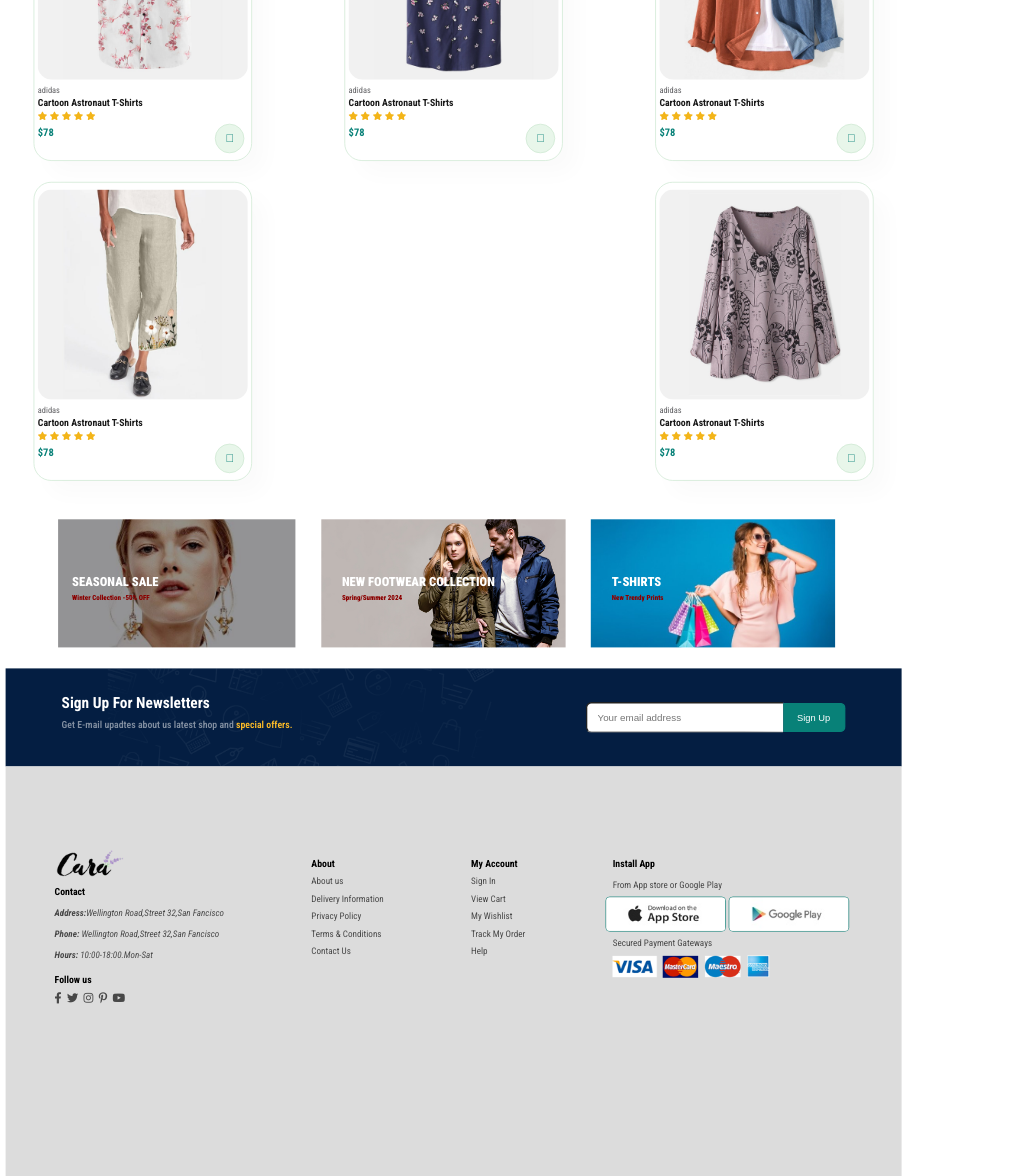
Repository: nhutduy-1905/web_coban
Page: src/index/index.html
These files come from the project's save history. The page is drawn as it stood at one moment and after the next save; the edit follows.
The browser window is 1280 px wide. The page is 1448 px wide, so the pictures cover 1448 px, including what lies to the right of the window. The pictures show the part of the page from y = 2067 to 3747 px (the page is 3771 px tall), at 70% of full size.

Above is the page before, as saved 2024-11-19 21:40:17.

### src/index/index.html
<!DOCTYPE html>
<html lang="en">
<!-- Khai báo định dạng tài liệu HTML và ngôn ngữ là tiếng Anh -->

<head>
    <meta charset="UTF-8">
    <!-- Thiết lập bộ ký tự của trang là UTF-8 -->
    <meta name="viewport" content="width=device-width, initial-scale=1.0">
    <!-- Điều chỉnh để trang hiển thị tốt trên mọi thiết bị, đặc biệt là thiết bị di động -->
    <link rel="stylesheet" href="../benefit/benefit.css">
    <link rel="stylesheet" href="../index/main.css">
    <link rel="stylesheet" href="../product/product.css">
    <link rel="stylesheet" href="../product/item.css">
    <link rel="preconnect" href="https://fonts.googleapis.com">
    <link rel="preconnect" href="https://fonts.gstatic.com" crossorigin>
     <!-- link sao -->
    <link rel="preconnect" href="https://fonts.googleapis.com">
<link rel="preconnect" href="https://fonts.gstatic.com" crossorigin>
<link href="https://fonts.googleapis.com/css2?family=Roboto+Condensed:ital,wght@0,100..900;1,100..900&family=Roboto:ital,wght@0,100;0,300;0,400;0,500;0,700;0,900;1,100;1,300;1,400;1,500;1,700;1,900&display=swap" rel="stylesheet">
     <link rel="stylesheet" href="product.css">
     <!-- link giỏ hàng -->
     <link rel="stylesheet" href="https://pro.fontawesome.com/releases/v5.15.4/css/all.css">
    <title>Super Value Deals</title>
    <!-- Tiêu đề của trang web hiển thị trên tab của trình duyệt -->
</head>

<body>

    <section id="header">
        <a href="#"><img src="../../images/logo.png" class="logo" alt="Logo"></a>
        <div>
            <div id="nvbar">
                <div class="active">Home</div>
                <div>Shop</div>
                <div>Blog</div>
                <div>About</div>
                <div>Contact</div>
                <div>
                    <img src = "../../shopping-bag.png" alt = "Logo" style="width: 25px";>
                </div>
            </div>
        </div>
    </section>
    <Section id ="hero">
        <h4>Trade-in-offer</h4>
        <h2>Super value deals</h2>
        <h1>On all Products</h1>
        <p>save more with coupons & up to 70% off!</p>
        <button>Shop now</button>
    </Section>


    <section id ="featured">
        <div class = "fe-box">
            <img  class = "magic-1"src = "../../images/features/f1.png" alt ="">
            <h6>Free shipping</h6>
        </div>
        <div class = "fe-box">
            <img src = "../../images/features/f2.png" alt ="">
            <h6>online order</h6>
        </div>
        <div class = "fe-box">
            <img src = "../../images/features/f3.png" alt ="">
            <h6>save money</h6>
        </div>
        <div class = "fe-box">
            <img src = "../../images/features/f4.png" alt ="">
            <h6>promotions</h6>
        </div>
        <div class = "fe-box">
            <img src = "../../images/features/f5.png" alt ="">
            <h6>happy sell</h6>
        </div>
        <div class = "fe-box">
            <img  class = "magic-2" src = "../../images/features/f6.png" alt ="">
            <h6>24/7 support</h6>
        </div>
    </section>

    <section id ="product1" class = "section-p1">
        <h2>Featured Products</h2>
        <p>Summer Collection New Morden Design</p>
        <div class ="pro-container">
            <div class ="pro">
                <img src ="../../images/products/f1.jpg" alt ="">
                <div class ="des">
                    <span>adidas</span>
                    <h5> Cartoon Astronaut T-Shirts</h5>
                    <div class ="star">
                        <i class="fas fa-star"></i>
                        <i class="fas fa-star"></i>
                        <i class="fas fa-star"></i>
                        <i class="fas fa-star"></i>
                        <i class="fas fa-star"></i>
                    </div>
                    <h4>$78</h4>
                </div>
                   <a href ="#"><i class="fal fa-shopping-cart cart"></i></a>
            </div>
            <div class ="pro">
                <img src ="../../images/products/f2.jpg" alt ="">
                <div class ="des">
                    <span>adidas</span>
                    <h5> Cartoon Astronaut T-Shirts</h5>
                    <div class ="star">
                        <i class="fas fa-star"></i>
                        <i class="fas fa-star"></i>
                        <i class="fas fa-star"></i>
                        <i class="fas fa-star"></i>
                        <i class="fas fa-star"></i>
                    </div>
                    <h4>$78</h4>
                </div>
                   <a href ="#"><i class="fal fa-shopping-cart cart"></i></a>
            </div>
            <div class ="pro">
                <img src ="../../images/products/f3.jpg" alt ="">
                <div class ="des">
                    <span>adidas</span>
                    <h5> Cartoon Astronaut T-Shirts</h5>
                    <div class ="star">
                        <i class="fas fa-star"></i>
                        <i class="fas fa-star"></i>
                        <i class="fas fa-star"></i>
                        <i class="fas fa-star"></i>
                        <i class="fas fa-star"></i>
                    </div>
                    <h4>$78</h4>
                </div>
                   <a href ="#"><i class="fal fa-shopping-cart cart"></i></a>
            </div>
            <div class ="pro">
                <img src ="../../images/products/f4.jpg" alt ="">
                <div class ="des">
                    <span>adidas</span>
                    <h5> Cartoon Astronaut T-Shirts</h5>
                    <div class ="star">
                        <i class="fas fa-star"></i>
                        <i class="fas fa-star"></i>
                        <i class="fas fa-star"></i>
                        <i class="fas fa-star"></i>
                        <i class="fas fa-star"></i>
                    </div>
                    <h4>$78</h4>
                </div>
                   <a href ="#"><i class="fal fa-shopping-cart cart"></i></a>
            </div>
            <div class ="pro">
                <img src ="../../images/products/f5.jpg" alt ="">
                <div class ="des">
                    <span>adidas</span>
                    <h5> Cartoon Astronaut T-Shirts</h5>
                    <div class ="star">
                        <i class="fas fa-star"></i>
                        <i class="fas fa-star"></i>
                        <i class="fas fa-star"></i>
                        <i class="fas fa-star"></i>
                        <i class="fas fa-star"></i>
                    </div>
                    <h4>$78</h4>
                </div>
                   <a href ="#"><i class="fal fa-shopping-cart cart"></i></a>
            </div>
            <div class ="pro">
                <img src ="../../images/products/f6.jpg" alt ="">
                <div class ="des">
                    <span>adidas</span>
                    <h5> Cartoon Astronaut T-Shirts</h5>
                    <div class ="star">
                        <i class="fas fa-star"></i>
                        <i class="fas fa-star"></i>
                        <i class="fas fa-star"></i>
                        <i class="fas fa-star"></i>
                        <i class="fas fa-star"></i>
                    </div>
                    <h4>$78</h4>
                </div>
                   <a href ="#"><i class="fal fa-shopping-cart cart"></i></a>
            </div>
            <div class ="pro">
                <img src ="../../images/products/f7.jpg" alt ="">
                <div class ="des">
                    <span>adidas</span>
                    <h5> Cartoon Astronaut T-Shirts</h5>
                    <div class ="star">
                        <i class="fas fa-star"></i>
                        <i class="fas fa-star"></i>
                        <i class="fas fa-star"></i>
                        <i class="fas fa-star"></i>
                        <i class="fas fa-star"></i>
                    </div>
                    <h4>$78</h4>
                </div>
                   <a href ="#"><i class="fal fa-shopping-cart cart"></i></a>
            </div>
            <div class ="pro">
                <img src ="../../images/products/f8.jpg" alt ="">
                <div class ="des">
                    <span>adidas</span>
                    <h5> Cartoon Astronaut T-Shirts</h5>
                    <div class ="star">
                        <i class="fas fa-star"></i>
                        <i class="fas fa-star"></i>
                        <i class="fas fa-star"></i>
                        <i class="fas fa-star"></i>
                        <i class="fas fa-star"></i>
                    </div>
                    <h4>$78</h4>
                </div>
                   <a href ="#"><i class="fal fa-shopping-cart cart"></i></a>
            </div>
        </div>

    </section>

    <section id = "banner3">
        <div class = "banner-box">
            <h2>SEASONAL SALE </h2>
            <h3>Winter Collection -50% OFF</h3>
        </div>
        <div class = "banner-box banner-box2">
            <h2>NEW FOOTWEAR COLLECTION </h2>
            <h3>Spring/Summer 2024</h3>
        </div>
        <div class = "banner-box banner-box3">
            <h2>T-SHIRTS</h2>
            <h3>New Trendy Prints</h3>
        </div>
     </section>
     <section id = "newsletter">
        <div class = "newtest">
            <h4>Sign Up For Newsletters</h4>
            <p>Get E-mail upadtes about us latest shop and <span>special offers.</span></p>
        </div>
        <div class = "form">
            <input type= "text" placeholder ="Your email address">
            <button class = "normal">Sign Up</button>
        </div>
     </section>

     <footer class ="section-p1">
        <div class = "col">
            <img  class = "logo" src = "../../images/logo.png" alt ="">
            <h4>Contact</h4>
            <p><strong><i>Address:</strong>Wellington Road,Street 32,San Fancisco</i></p>
            <p><strong><i>Phone: </strong>Wellington Road,Street 32,San Fancisco</i></p>
            <p><strong><i>Hours: </strong>10:00-18:00.Mon-Sat</i></p>
            <div class ="follow us">
                <h4>Follow us</h4>
                <div class = "icon">
                    <i class="fab fa-facebook-f"></i>
                    <i class="fab fa-twitter"></i>
                    <i class="fab fa-instagram"></i>
                    <i class="fab fa-pinterest-p"></i>
                    <i class="fab fa-youtube"></i>
                </div>
            </div>
        </div>

        <div class = "col">
            <h4>About</h4>
            <a href = "#">About us</a>
            <a href = "#">Delivery Information</a>
            <a href = "#">Privacy Policy</a>
            <a href = "#">Terms & Conditions</a>
            <a href = "#">Contact Us</a>
        </div>

        <div class = "col">
            <h4>My Account</h4>
            <a href = "#">Sign In</a>
            <a href = "#">View Cart</a>
            <a href = "#">My Wishlist</a>
            <a href = "#">Track My Order</a>
            <a href = "#">Help</a>
        </div>

        <div class = "col install">
            <h4 class = "col1">Install App</h4>
            <p class = "col2">From App store or Google Play</p>
            <div class ="row">
                <img src = "../../images/pay/app.jpg" alt ="">
                <img src = "../../images/pay/play.jpg" alt = "">
            </div>
            <p>Secured Payment Gateways</p>
            <img src = "../../images/pay/pay.png" alt ="">
        </div>
     </footer>

</body>
</html>

### src/benefit/benefit.css
#featured {
    display: flex;
     /* Tạo container flexbox để sắp xếp các phần tử con */
    align-items: center;
    /* Căn giữa các phần tử con theo chiều dọc (trục y) */
    justify-content: space-between;
    /* Phân phối các phần tử con cách đều nhau theo chiều ngang (trục x) */
    flex-wrap: wrap;
    /* Cho phép các phần tử con xuống dòng khi không đủ không gian */
 }

 #featured .fe-box {
    width: 140px;
    /* Đặt chiều rộng cho mỗi hộp là 120px */
    text-align: center;
    /* Căn giữa nội dung văn bản trong mỗi hộp */
     padding:   10px 15px;
     /* Khoảng đệm bên trong mỗi hộp (15px trên dưới, 10px trái phải) */
    box-shadow: 20px 20px 34px rgba(0, 0, 0, 0.03);
     /* Tạo bóng cho hộp với độ mờ nhẹ */
    border: 1px solid #cce7d0;
    /* Tạo viền màu xanh nhạt cho mỗi hộp */
    border-radius: 5px;
    /* Bo tròn góc của hộp với bán kính 4px */
     margin: 10px;
    /* Tạo khoảng cách ngoài cho mỗi hộp là 15px */
    margin-left:25px;
    margin-top: 40px;
    margin-right: 25px;

 }

 #featured .fe-box:hover {
    box-shadow: 10px 10px 54px rgba(70, 62, 221, 0.1);
    /* Tăng bóng khi di chuột qua hộp */
 }

 #featured .fe-box img {
    width: 100%;
    /* Đặt chiều rộng ảnh bằng 100% của hộp chứa */
    margin-bottom: 10px;
    /* Khoảng cách dưới của ảnh là 10px */
    padding: 5px 5px;
 }

 #featured .fe-box h6 {
   display: inline-block;
     /* Hiển thị tiêu đề h6 dưới dạng khối nội tuyến */
   padding: 9px 8px 6px 8px;
    /* Khoảng đệm bên trong tiêu đề h6 (trên 9px, phải 8px, dưới 6px, trái 8px) */
   line-height: 1;
    /* Chiều cao dòng là 1 */
   border-radius: 4px;
   /* Bo tròn góc của tiêu đề với bán kính 4px */
   color: #088178;
     /* Màu chữ xanh lá cây */
   background-color: #fddde4;
    /* Nền màu hồng nhạt cho tiêu đề */
    margin-top: 0px;

 }

 #featured .fe-box:nth-child(2) h6 {
   background-color: #cdebbc;
   /* Nền màu xanh nhạt cho hộp thứ hai */
 }

 #featured .fe-box:nth-child(3) h6 {
   background-color: #d1e8f2;
    /* Nền màu xanh nhạt cho hộp thứ ba */
 }

 #featured .fe-box:nth-child(4) h6 {
   background-color: #cdd4f8;
   /* Nền màu xanh dương nhạt cho hộp thứ tư */
 }

 #featured .fe-box:nth-child(5) h6 {
   background-color: #f6dbf6;
    /* Nền màu tím nhạt cho hộp thứ năm */
 }

 #featured .fe-box:nth-child(6) h6 {
   background-color: #fff2e5;
   /* Nền màu cam nhạt cho hộp thứ sáu */

 }

### src/index/main.css
h1 {
    font-size: 50px;
    line-height: 64px;
    color: #222;
    margin-bottom: 0;
    margin-top: 0;
}

h2 {
    font-size: 46px;
    line-height: 54px;
    color: #222;
    margin-top: 0;
    margin-bottom: 0;
}

h4 {
    font-size: 30px;
    margin-top: 10px;
    margin-bottom: 10px;
}

h6 {
    font-weight: 700;
    font-size: 12px;
}

p {
    font-size: 16px;

    margin: 15px 0  20px ;
    margin-top: 0px;
}

.section-p1 {
    padding: 40px 40px;
}

.section-m1 {
    margin: 40px 0;
}

body {
    width: 100%;
   font-family: "Roboto Condensed", sans-serif;
}

#header {
    display: flex;
    align-items: center;
    justify-content: space-between;
    padding: 20px 80px;
    background: #E3E6F3;
    box-shadow: 0 5px 15px rgba(0, 0, 0, 0.06);
    z-index: 999;
    position: sticky;
    top: 0;
    left: 0;
}

#nvbar {
    display: flex;
    align-items: center;
    justify-content: center;
}

#nvbar div {
    list-style: none;
    padding: 0 20px;
    text-decoration: none;
    font-size: 16px;
    font-weight: 600;
    color: #1a1a1a;
}

#nvbar div:hover {
    color: #088178;
}

#nvbar .active {
    color: #088178;
}

#nvbar .div .active::after {
    content: "";
    width: 30px;
    height: 2px;
    background-color: #088178;
    position: absolute;
    bottom: -4px;
    left: 20px;
}

#hero {
    background-image: url("../../images/hero4.png");
    height: 90vh;
    width: 100%;
    background-size: cover;
    background-position: top 25% right 0;
    padding: 0 80px;
    display: flex;
    flex-direction: column;
    align-items: flex-start;
    justify-content: center;

}


#hero h1 {
    color: #088178;
    margin-top:-7px;
    font-size: 47px;
}

#hero button {
    background-image: url("../../images/button.png");
    background-color: transparent;
    color: #088178;
    border: 0;
    padding: 14px 80px 14px 65px;
}
#hero h4
{
    color: #1a1a1a;

}

### src/product/item.css
#banner3 {
    display: flex; /* Thiết lập bố cục flexbox cho phần tử này, cho phép sắp xếp con cái linh hoạt */
    justify-content: space-between; /* Căn giữa các phần tử con với khoảng cách đều */
    /* flex-wrap: wrap; Cho phép các phần tử con xuống dòng nếu không đủ không gian */
    padding: 0 75px; /* Thêm khoảng cách bên trong cho phần tử, 0 trên dưới và 75px
     trái phải */

 }

 #banner3 .banner-box {
   display: flex; /* Thiết lập bố cục flexbox cho các hộp banner */
   flex-direction: column; /* Sắp xếp các phần tử con theo chiều dọc */
   justify-content: center; /* Căn giữa các phần tử con theo chiều dọc */
   align-items: flex-start; /* Căn các phần tử con về phía bên trái */
   background-image: url(../../images/banner/b7.jpg); /* Thiết lập hình nền cho hộp banner từ đường dẫn chỉ định */
   min-width: 30%; /* Đặt chiều rộng tối thiểu cho hộp banner */
   height: 24vh; /* Đặt chiều cao cho hộp banner bằng 23% chiều cao của viewport */
   background-size: cover; /* Đảm bảo hình nền bao phủ toàn bộ hộp */
   background-position: center; /* Căn giữa hình nền trong hộp */
   padding-top: 10px;
   padding-bottom: -20px; /* Thêm khoảng cách bên trong cho hộp banner */
   margin-bottom: 30px; /* Thêm khoảng cách dưới mỗi hộp banner */
   margin-right: 20px;

 }

 #banner3 .banner-box2 {
     background-image: url(../../images/banner/b4.jpg);
      /* Thiết lập hình nền cho hộp banner thứ hai */
      padding-left: 10px;
 }

 #banner3 .banner-box3 {
     background-image: url(../../images/banner/b18.jpg);
     padding-left: 10px;/* Thiết lập hình nền cho hộp banner thứ ba */
 }

 #banner3 h2 {
    color: #fff; /* Đặt màu chữ cho tiêu đề h2 là trắng */
    font-weight: 900; /* Thiết lập độ đậm cho chữ tiêu đề */
    font-size: 18px; /* Đặt kích thước chữ cho tiêu đề */
    margin-bottom: -20px;
    margin-right: 20px;
    margin-left: 20px;
    margin-top: -5px;
 }

 #banner3 h3 {
  color:#8B0000; /* Đặt màu chữ cho tiêu đề h3 là một màu đỏ đặc trưng */
  font-weight: 900; /* Thiết lập độ đậm cho chữ tiêu đề h3 */
  font-size: 10px; /* Đặt kích thước chữ cho tiêu đề h3 */
  margin-bottom: 10px;
  margin-right: 25px;
  margin-left: 20px;



 }

 #newsletter {
    height: 140px;
    display:flex; /* Thiết lập bố cục flexbox cho phần tử này */
    justify-content: space-between; /* Căn giữa các phần tử con với khoảng cách đều */
    flex-wrap: wrap; /* Cho phép các phần tử con xuống dòng nếu không đủ không gian */
    align-items: center; /* Căn giữa các phần tử con theo chiều dọc */
    background-image: url("../../images/banner/b14.png"); /* Thiết lập hình nền cho phần newsletter */
    background-repeat: no-repeat; /* Không lặp lại hình nền */
    background-position: 20% 30%; /* Căn hình nền ở vị trí cụ thể */
    background-color: #041e42; /* Đặt màu nền cho phần newsletter */


 }

 .newtest {
     padding: 10px 80px; /* Thêm khoảng cách bên trong cho phần tử mới, 10px trên dưới và 80px trái phải */
     margin: 10px 0px ; /* Thêm khoảng cách bên ngoài cho phần tử mới, 10px trên dưới */

 }

 #newsletter h4 {
    font-size: 22px; /* Đặt kích thước chữ cho tiêu đề h4 */
    font-weight: 700; /* Thiết lập độ đậm cho chữ tiêu đề h4 */
    color: #fff; /* Đặt màu chữ cho tiêu đề h4 là trắng */

    margin-top: 5px;


 }


 #newsletter p {
   font-size: 14px; /* Đặt kích thước chữ cho đoạn văn */
   font-weight: 600; /* Thiết lập độ đậm cho chữ trong đoạn văn */
   color: #818ea0; /* Đặt màu chữ cho đoạn văn */

 }

 #newsletter p span {
    color: #ffbd27; /* Đặt màu chữ cho phần tử span trong đoạn văn */
 }

 #newsletter .form {
     display: flex; /* Thiết lập bố cục flexbox cho phần tử form */
     align-items: center; /* Căn giữa các phần tử con trong form theo chiều dọc */
     margin-right: 80px; /* Thêm khoảng cách bên phải cho toàn bộ khung input và nút */
 }

 #newsletter input {
     height: 40px; /* Đặt chiều cao cho ô input */
     padding: 0 15px; /* Thêm khoảng cách bên trong cho ô input, 0 trên dưới và 15px trái phải */
     font-size: 14px; /* Đặt kích thước chữ cho ô input */
     width: 250px; /* Đặt chiều rộng cho ô input */

     border-right: none; /* Loại bỏ viền bên phải để nối với nút */
     border-radius: 8px 0 0 8px; /* Bo tròn góc trái cho ô input */
     outline: none; /* Loại bỏ viền ngoài khi ô input được chọn */
 }

 #newsletter button {
     height: 42px; /* Đặt chiều cao cho nút */
     padding: 0 20px; /* Thêm khoảng cách bên trong cho nút, 0 trên dưới và 20px trái phải */
     background-color: #088178; /* Đặt màu nền cho nút */
     color: #fff; /* Đặt màu chữ cho nút là trắng */
     border: 2px solid #088178; /* Đặt viền cho nút với màu tương ứng */
     border-left: none; /* Loại bỏ viền bên trái để nối với ô input */
     border-radius: 0 8px 8px 0; /* Bo tròn góc phải cho nút */
     cursor: pointer; /* Hiển thị con trỏ chuột như một nút có thể nhấp */
 }
 footer
 {
     background-color:#DCDCDC;
    display: flex;
    flex-wrap: wrap;
    justify-content: space-between;
 }
footer .col
{
   display: flex;
   flex-direction: column;
   align-items: flex-start;
   margin-bottom: 20%;
   margin-left: 30px;
   margin-top: 80px;
   margin-right: 25px;
}
footer logo
{
   margin-bottom: 25px;
}
footer h4{
    font-size: 14px;
}
footer p
{
   font-size: 13px;
   color:#484848;
   margin-bottom: 10px;
   margin-top: 5px;
   margin-right: 0px;
}
footer a{
    font-size: 13px;
    text-decoration: none;
    color:#484848;
    margin-bottom: 10px;
}
footer .follow
{
  margin-bottom: -20px;
}
footer .follow i
{
  color:#484848;
  padding-right: 4px;
  cursor: pointer;

}
footer .install .row img
{
  border: 1px solid #088178;
  border-radius:6px;
  margin-right: 10px;
  margin-left: -10px;

}
footer .install img
{
   margin: 10px 0 15px 20;

}
footer .follow i:hover
footer a:hover
{
  color:#088178;
}
footer .col1 {
   margin-bottom: 10px;
}

Loaded but not shown: src/product/product.css (95 lines, source omitted)

After the next save:
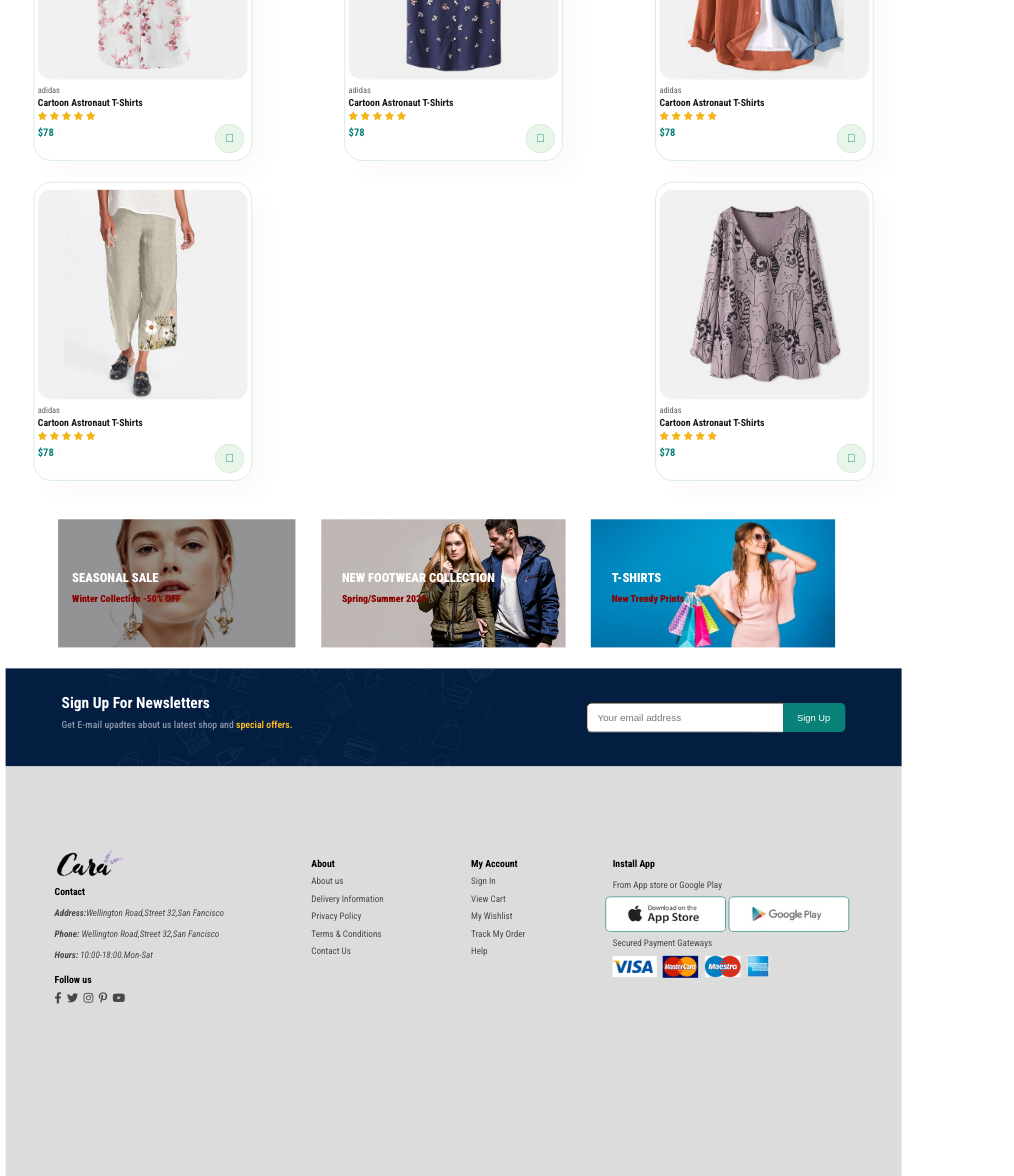
Saved 17 s later.
--- a/src/product/item.css
+++ b/src/product/item.css
@@ -48,7 +48,7 @@
  #banner3 h3 {
   color:#8B0000; /* Đặt màu chữ cho tiêu đề h3 là một màu đỏ đặc trưng */
   font-weight: 900; /* Thiết lập độ đậm cho chữ tiêu đề h3 */
-  font-size: 10px; /* Đặt kích thước chữ cho tiêu đề h3 */
+  font-size: 14px; /* Đặt kích thước chữ cho tiêu đề h3 */
   margin-bottom: 10px;
   margin-right: 25px;
   margin-left: 20px;
